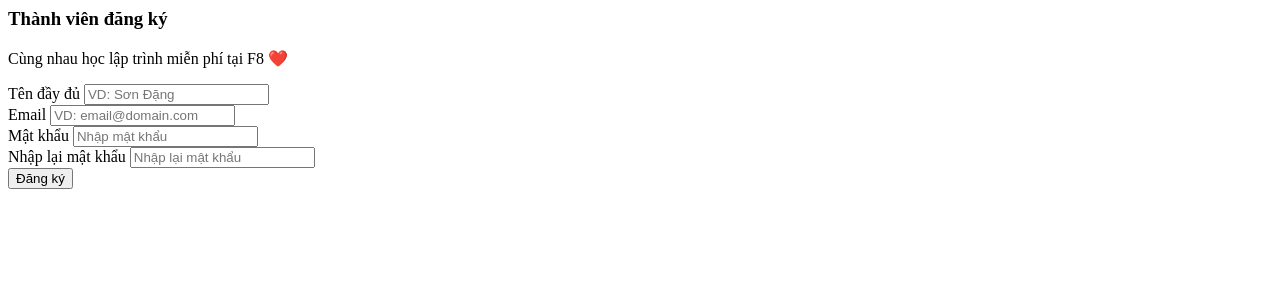
Repository: huudang2840/form-validator
Page: index.html
The author's editor kept a copy of each file at every save. The page is drawn from the files as they stood at one save, then again after the next save.
The browser window is 1280 px wide. The pictures show the whole page.

Above is the page before, as saved 2021-09-27 22:29:49.

After the next save:
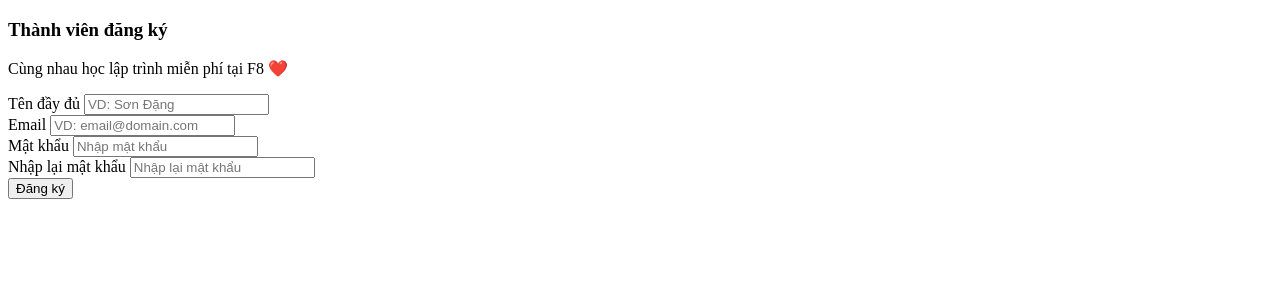
Saved 37 s later.
--- a/index.html
+++ b/index.html
@@ -1,60 +1,71 @@
-<div class="main">
-  <form action="" method="POST" class="form" id="form-1">
-    <h3 class="heading">Thành viên đăng ký</h3>
-    <p class="desc">Cùng nhau học lập trình miễn phí tại F8 ❤️</p>
+<!DOCTYPE html>
+<html lang="en">
+  <head>
+    <meta charset="UTF-8" />
+    <meta http-equiv="X-UA-Compatible" content="IE=edge" />
+    <meta name="viewport" content="width=device-width, initial-scale=1.0" />
+    <title>Document</title>
+  </head>
+  <body>
+    <div class="main">
+      <form action="" method="POST" class="form" id="form-1">
+        <h3 class="heading">Thành viên đăng ký</h3>
+        <p class="desc">Cùng nhau học lập trình miễn phí tại F8 ❤️</p>
 
-    <div class="spacer"></div>
+        <div class="spacer"></div>
 
-    <div class="form-group">
-      <label for="fullname" class="form-label">Tên đầy đủ</label>
-      <input
-        id="fullname"
-        name="fullname"
-        type="text"
-        placeholder="VD: Sơn Đặng"
-        class="form-control"
-      />
-      <span class="form-message"></span>
+        <div class="form-group">
+          <label for="fullname" class="form-label">Tên đầy đủ</label>
+          <input
+            id="fullname"
+            name="fullname"
+            type="text"
+            placeholder="VD: Sơn Đặng"
+            class="form-control"
+          />
+          <span class="form-message"></span>
+        </div>
+
+        <div class="form-group">
+          <label for="email" class="form-label">Email</label>
+          <input
+            id="email"
+            name="email"
+            type="text"
+            placeholder="VD: email@domain.com"
+            class="form-control"
+          />
+          <span class="form-message"></span>
+        </div>
+
+        <div class="form-group">
+          <label for="password" class="form-label">Mật khẩu</label>
+          <input
+            id="password"
+            name="password"
+            type="password"
+            placeholder="Nhập mật khẩu"
+            class="form-control"
+          />
+          <span class="form-message"></span>
+        </div>
+
+        <div class="form-group">
+          <label for="password_confirmation" class="form-label"
+            >Nhập lại mật khẩu</label
+          >
+          <input
+            id="password_confirmation"
+            name="password_confirmation"
+            placeholder="Nhập lại mật khẩu"
+            type="password"
+            class="form-control"
+          />
+          <span class="form-message"></span>
+        </div>
+
+        <button class="form-submit">Đăng ký</button>
+      </form>
     </div>
-
-    <div class="form-group">
-      <label for="email" class="form-label">Email</label>
-      <input
-        id="email"
-        name="email"
-        type="text"
-        placeholder="VD: email@domain.com"
-        class="form-control"
-      />
-      <span class="form-message"></span>
-    </div>
-
-    <div class="form-group">
-      <label for="password" class="form-label">Mật khẩu</label>
-      <input
-        id="password"
-        name="password"
-        type="password"
-        placeholder="Nhập mật khẩu"
-        class="form-control"
-      />
-      <span class="form-message"></span>
-    </div>
-
-    <div class="form-group">
-      <label for="password_confirmation" class="form-label"
-        >Nhập lại mật khẩu</label
-      >
-      <input
-        id="password_confirmation"
-        name="password_confirmation"
-        placeholder="Nhập lại mật khẩu"
-        type="password"
-        class="form-control"
-      />
-      <span class="form-message"></span>
-    </div>
-
-    <button class="form-submit">Đăng ký</button>
-  </form>
-</div>
+  </body>
+</html>
